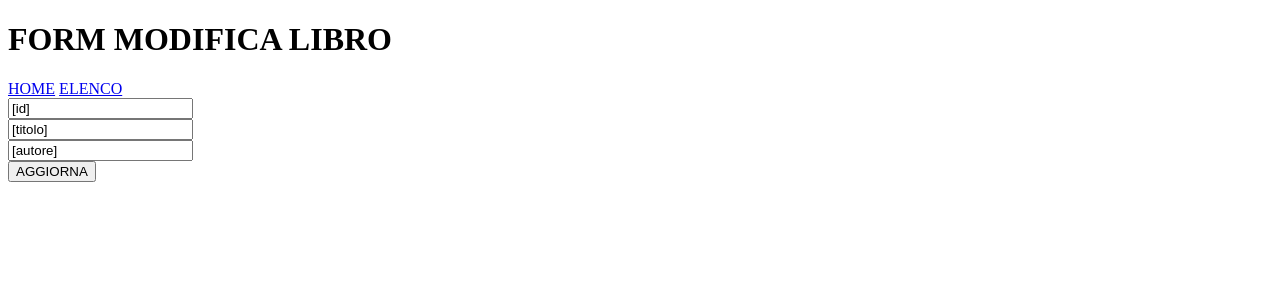
Repository: foferys/DynamicWebProject_DAOLibri_Mappe
Page: DynamicWebProject_DAOLibri_Mappe/WebContent/viste/formmodificalibro.html
These files come from the project's save history. The page is drawn as it stood at one moment and after the next save; the edit follows.
The browser window is 1280 px wide. The pictures show the whole page.

Above is the page before, as saved 2024-06-25 09:41:36.

After the next save:
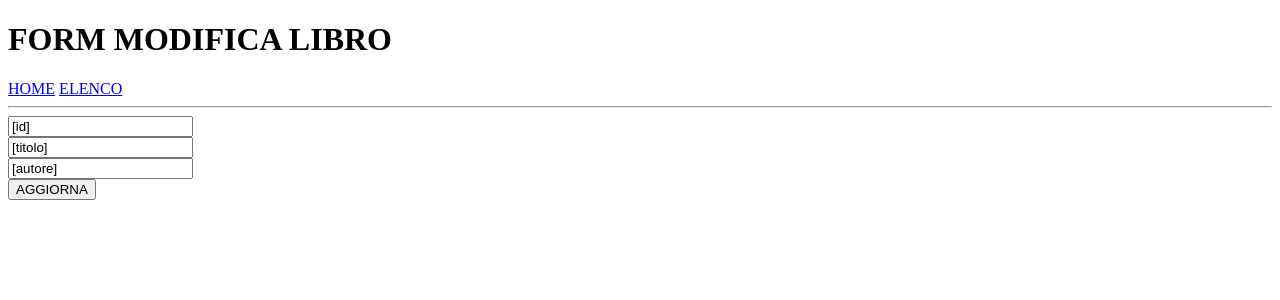
Saved 22 s later.
--- a/DynamicWebProject_DAOLibri_Mappe/WebContent/viste/formmodificalibro.html
+++ b/DynamicWebProject_DAOLibri_Mappe/WebContent/viste/formmodificalibro.html
@@ -7,7 +7,8 @@
 	<body>
 		<h1>FORM MODIFICA LIBRO</h1>
 		<a href="http://localhost:8080/DynamicWebProject_DAOLibri_Mappe/Index?comando=home">HOME</a>
-		<a href="http://localhost:8080/DynamicWebProject_DAOLibri_Mappe/Index?comando=elencolibri">ELENCO</a>
+		<a href="http://localhost:8080/DynamicWebProject_DAOLibri_Mappe/Index?comando=elencolibri">ELENCO</a> <br>
+		<hr>
 
 		<form action="Index">
 		 	<input type="hidden" name="comando" value="modificalibro">
